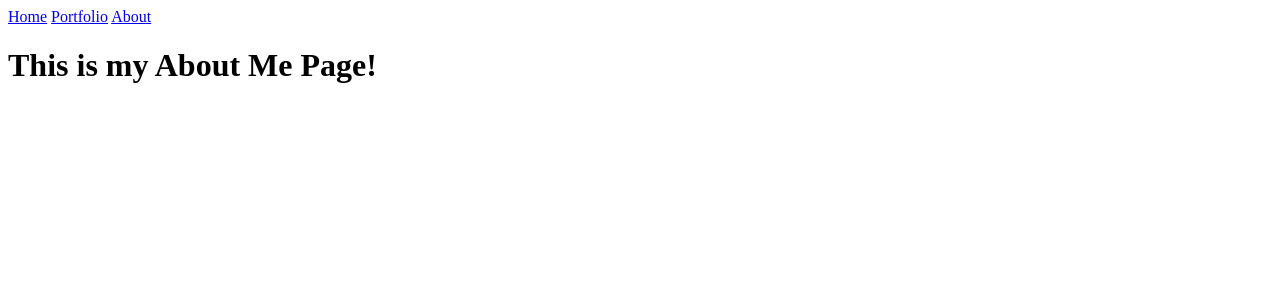
Repository: achavez1897/achavez1897.github.io
Page: my_website/about.html
The author's editor kept a record of every edit. The page is drawn from the files as they stood at one moment, then again after the next edit.
The browser window is 1280 px wide. The pictures show the whole page.

Above is the page before.

After the next edit:
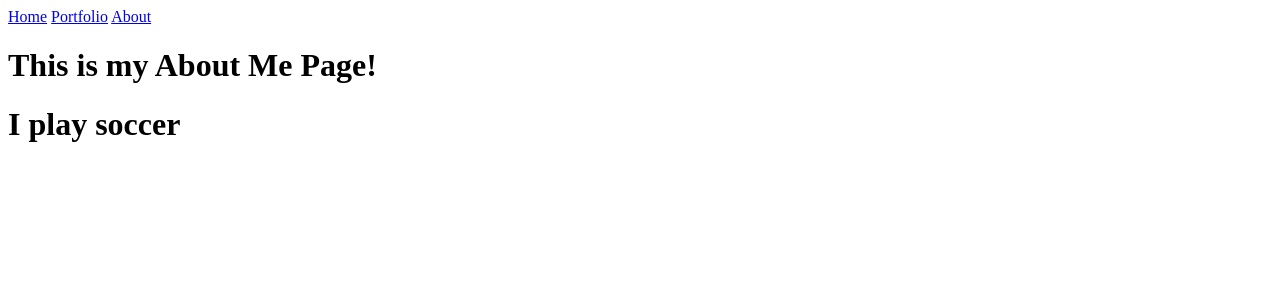
The edit:
--- a/my_website/about.html
+++ b/my_website/about.html
@@ -8,7 +8,8 @@
     <a href="index.html">Home</a>
     <a href="portfolio.html">Portfolio</a>
     <a href="about.html">About</a>
-    <h1>This is my About Me Page!</h1>
+     <h1>This is my About Me Page!</h1>
+        <h1>I play soccer </h1>
     </a>
 	  </body>
 	</html>
